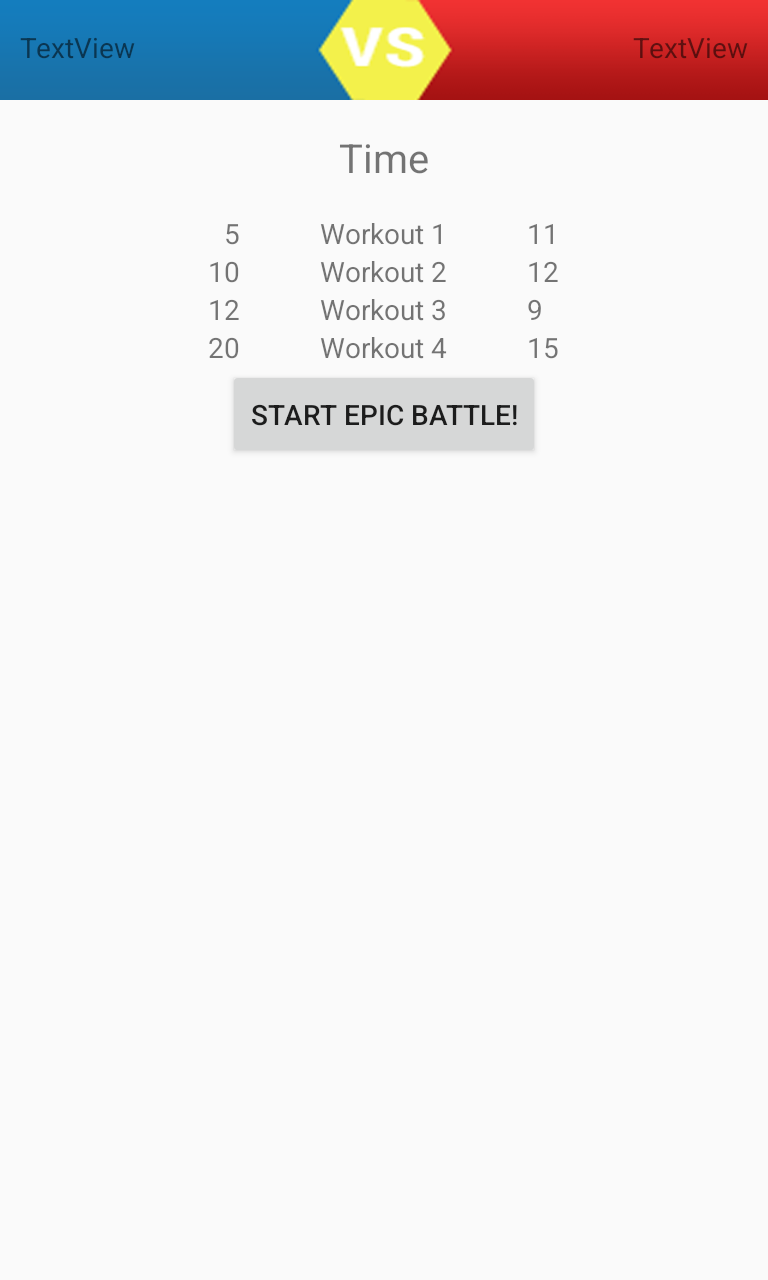
Repository: hackathon-2014/devdroid-repo
Layout: HealthyCompetition/res/layout/battlefield_layout.xml
These files come from the project's save history. The layout is drawn as it stood at one moment and after a run of saves; the edit follows.
It is drawn on a 768 x 1280 px phone screen (xhdpi) without system bars, with theme AppTheme; the app's code is not run.

Above is the layout before, as saved 2014-08-23 19:57:49.

### HealthyCompetition/res/layout/battlefield_layout.xml
<?xml version="1.0" encoding="utf-8"?>
<LinearLayout xmlns:android="http://schemas.android.com/apk/res/android"
    android:layout_width="match_parent"
    android:layout_height="match_parent"
    android:orientation="vertical" >

    <RelativeLayout
        android:id="@+id/relative_layout_versus"
        android:layout_width="match_parent"
        android:layout_height="wrap_content" >

        <ImageView
            android:id="@+id/versus_image"
            android:layout_width="match_parent"
            android:layout_height="50dp"
            android:background="@drawable/vs_banner" />

        <TextView
            android:id="@+id/time_view"
            android:layout_width="wrap_content"
            android:layout_height="wrap_content"
            android:layout_below="@+id/versus_image"
            android:layout_centerHorizontal="true"
            android:layout_marginTop="15dp"
            android:text="Time"
            android:textSize="20dp" />

        <TextView
            android:id="@+id/player_one_name"
            android:layout_width="wrap_content"
            android:layout_height="wrap_content"
            android:layout_alignParentLeft="true"
            android:layout_alignParentTop="true"
            android:layout_marginLeft="10dp"
            android:layout_marginTop="14dp"
            android:text="TextView" />

        <TextView
            android:id="@+id/player_two_name"
            android:layout_width="wrap_content"
            android:layout_height="wrap_content"
            android:layout_alignBaseline="@+id/player_one_name"
            android:layout_alignBottom="@+id/player_one_name"
            android:layout_alignParentRight="true"
            android:layout_alignParentTop="true"
            android:layout_marginRight="10dp"
            android:text="TextView" />
    </RelativeLayout>

    <RelativeLayout
        android:id="@+id/workout_layout_one"
        android:layout_width="match_parent"
        android:layout_height="wrap_content"
        android:layout_marginTop="15dp"
        android:orientation="vertical" >

        <TextView
            android:id="@+id/workout_one"
            android:layout_width="wrap_content"
            android:layout_height="wrap_content"
            android:layout_centerHorizontal="true"
            android:text="Workout 1" />

        <TextView
            android:id="@+id/playerone_workoutone"
            android:layout_width="wrap_content"
            android:layout_height="wrap_content"
            android:layout_alignParentTop="true"
            android:layout_marginRight="40dp"
            android:layout_toLeftOf="@+id/workout_one"
            android:text="5" />

        <TextView
            android:id="@+id/playertwo_workoutone"
            android:layout_width="wrap_content"
            android:layout_height="wrap_content"
            android:layout_alignParentTop="true"
            android:layout_marginLeft="40dp"
            android:layout_toRightOf="@+id/workout_one"
            android:text="11" />
    </RelativeLayout>

    <RelativeLayout
        android:id="@+id/workout_layout_two"
        android:layout_width="match_parent"
        android:layout_height="wrap_content"
        android:orientation="vertical" >

        <TextView
            android:id="@+id/workout_two"
            android:layout_width="wrap_content"
            android:layout_height="wrap_content"
            android:layout_centerHorizontal="true"
            android:text="Workout 2" />

        <TextView
            android:id="@+id/playerone_workouttwo"
            android:layout_width="wrap_content"
            android:layout_height="wrap_content"
            android:layout_alignParentTop="true"
            android:layout_marginRight="40dp"
            android:layout_toLeftOf="@+id/workout_two"
            android:text="10" />

        <TextView
            android:id="@+id/playertwo_workouttwo"
            android:layout_width="wrap_content"
            android:layout_height="wrap_content"
            android:layout_alignParentTop="true"
            android:layout_marginLeft="40dp"
            android:layout_toRightOf="@+id/workout_two"
            android:text="12" />
    </RelativeLayout>

    <RelativeLayout
        android:id="@+id/workout_layout_three"
        android:layout_width="match_parent"
        android:layout_height="wrap_content"
        android:orientation="vertical" >

        <TextView
            android:id="@+id/workout_three"
            android:layout_width="wrap_content"
            android:layout_height="wrap_content"
            android:layout_centerHorizontal="true"
            android:text="Workout 3" />

        <TextView
            android:id="@+id/playerone_workoutthree"
            android:layout_width="wrap_content"
            android:layout_height="wrap_content"
            android:layout_alignParentTop="true"
            android:layout_marginRight="40dp"
            android:layout_toLeftOf="@+id/workout_three"
            android:text="12" />

        <TextView
            android:id="@+id/playertwo_workoutthree"
            android:layout_width="wrap_content"
            android:layout_height="wrap_content"
            android:layout_alignParentTop="true"
            android:layout_marginLeft="40dp"
            android:layout_toRightOf="@+id/workout_three"
            android:text="9" />
    </RelativeLayout>

    <RelativeLayout
        android:id="@+id/workout_layout_four"
        android:layout_width="match_parent"
        android:layout_height="wrap_content"
        android:orientation="vertical" >

        <TextView
            android:id="@+id/workout_four"
            android:layout_width="wrap_content"
            android:layout_height="wrap_content"
            android:layout_centerHorizontal="true"
            android:text="Workout 4" />

        <TextView
            android:id="@+id/playerone_workoutfour"
            android:layout_width="wrap_content"
            android:layout_height="wrap_content"
            android:layout_alignParentTop="true"
            android:layout_marginRight="40dp"
            android:layout_toLeftOf="@+id/workout_four"
            android:text="20" />

        <TextView
            android:id="@+id/playertwo_workoutfour"
            android:layout_width="wrap_content"
            android:layout_height="wrap_content"
            android:layout_alignParentTop="true"
            android:layout_marginLeft="40dp"
            android:layout_toRightOf="@+id/workout_four"
            android:text="15" />
    </RelativeLayout>

    <RelativeLayout
        android:layout_width="match_parent"
        android:layout_height="wrap_content" >

        <Button
            android:id="@+id/button1"
            android:layout_width="wrap_content"
            android:layout_height="wrap_content"
            android:layout_centerHorizontal="true"
            android:text="Start Epic Battle!" />
    </RelativeLayout>

</LinearLayout>

Loaded but not shown: HealthyCompetition/res/values/styles.xml (common file); HealthyCompetition/res/values-v11/styles.xml (common file); HealthyCompetition/res/values-v14/styles.xml (common file)

After the next 2 saves:
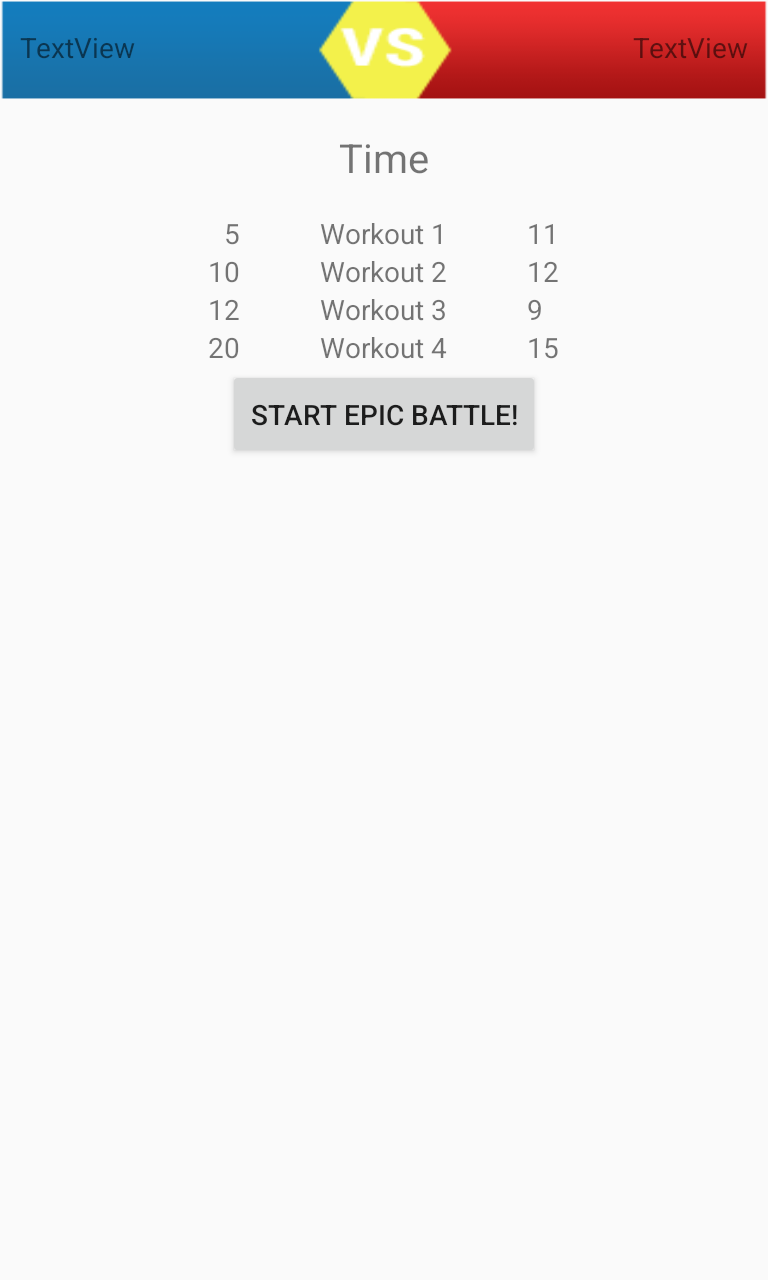
The 2 saves are shown as one change because 1 did not build or start.
The last was saved 93 s later.
--- a/HealthyCompetition/res/layout/battlefield_layout.xml
+++ b/HealthyCompetition/res/layout/battlefield_layout.xml
@@ -13,7 +13,7 @@
             android:id="@+id/versus_image"
             android:layout_width="match_parent"
             android:layout_height="50dp"
-            android:background="@drawable/vs_banner" />
+            android:background="@drawable/versus_banner_9" />
 
         <TextView
             android:id="@+id/time_view"
